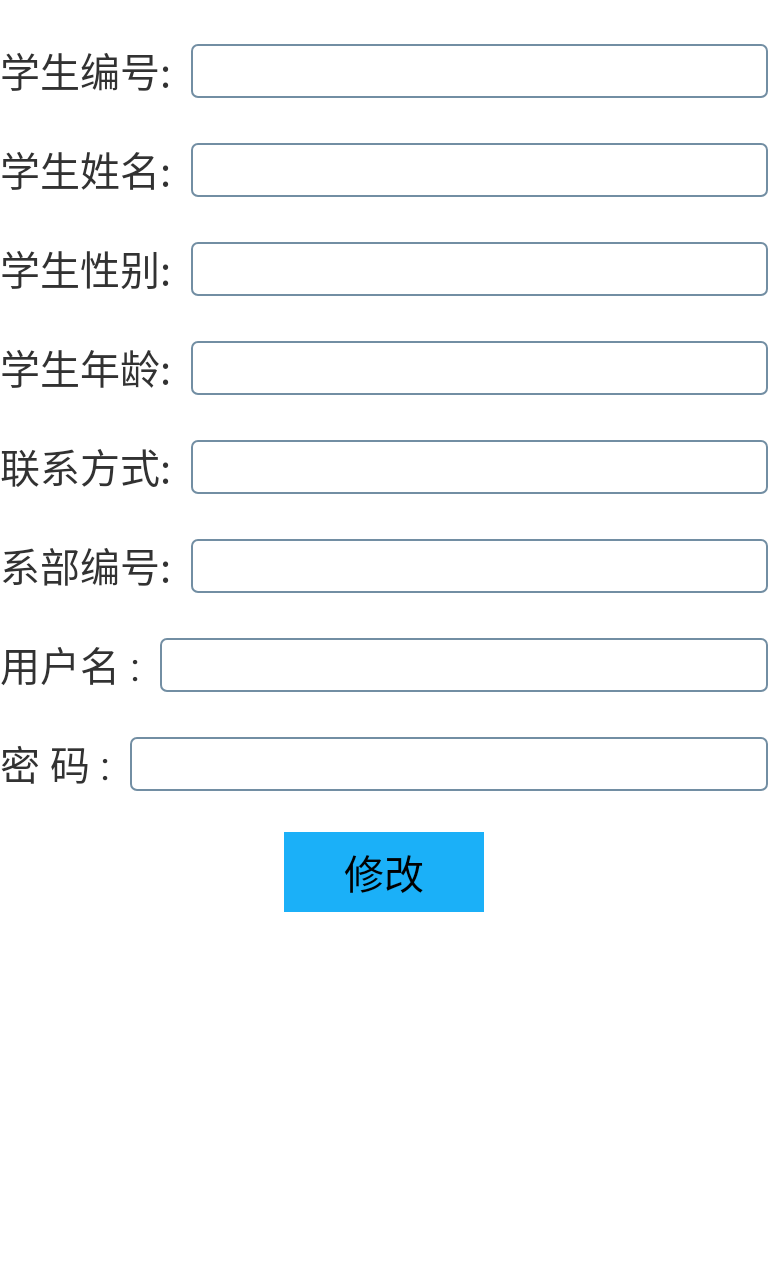
Repository: 15862175370/MyProject
Layout: 毕业设计系统源码_李伟/client/TeachSystem/res/layout/editstudent.xml
The author's editor kept a copy of each file at every save. The layout is drawn from the files as they stood at one save, then again after the next save.
It is drawn on a 768 x 1280 px phone screen (xhdpi) without system bars, with theme AppTheme; the app's code is not run.

Above is the layout before, as saved 2016-05-21 10:14:08.

After the next save:
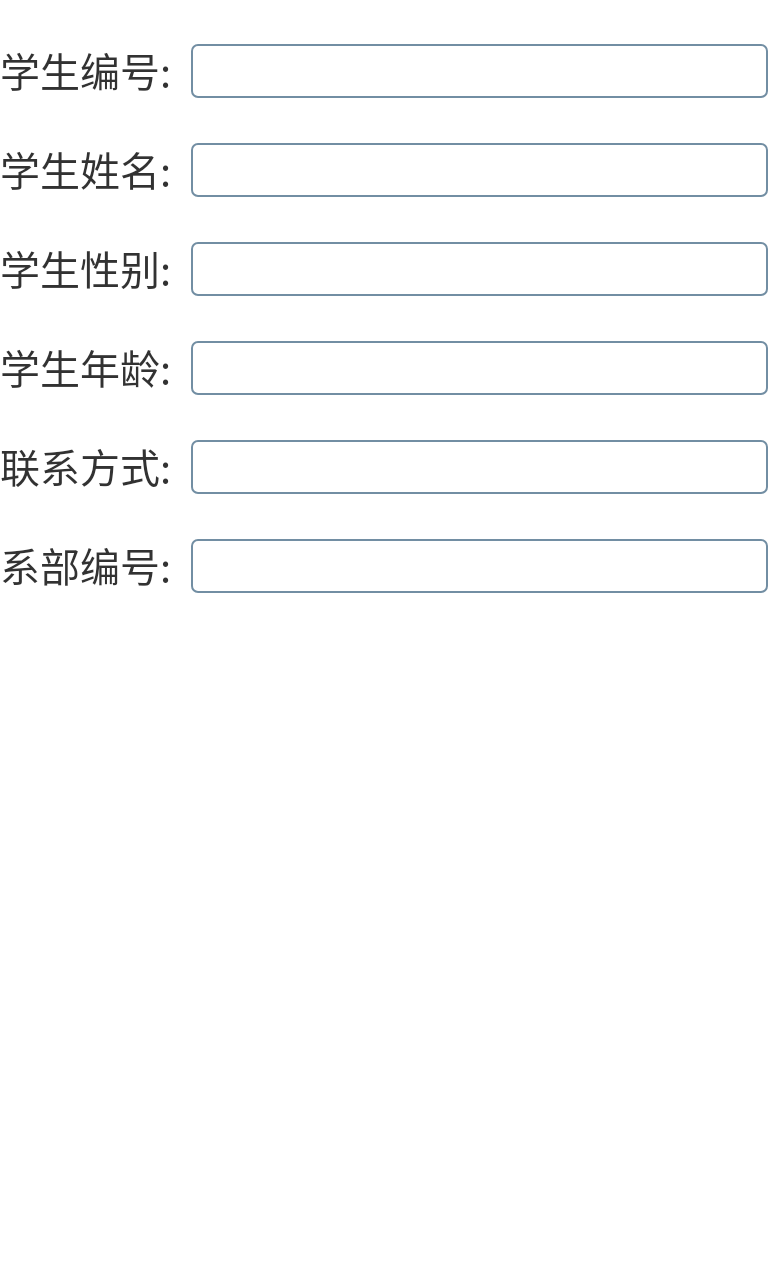
Saved 22 s later.
--- a/毕业设计系统源码_李伟/client/TeachSystem/res/layout/editstudent.xml
+++ b/毕业设计系统源码_李伟/client/TeachSystem/res/layout/editstudent.xml
@@ -156,57 +156,6 @@
     </LinearLayout>
 
 
-           <LinearLayout
-     android:id="@+id/teacher_linearlay"
-      android:layout_width="match_parent"
-        android:layout_height="wrap_content"
-        android:orientation="horizontal"
-        android:layout_marginTop="20dp"
-
-        >
-        <TextView
-         android:id="@+id/teacher_user"
-         android:layout_width="wrap_content"
-         android:layout_height="wrap_content"
-         android:textSize="20dp"
-         android:text="用户名 :"/>
-        <EditText
-              android:layout_marginLeft="10dp"
-            android:id="@+id/mystudent_user"
-         android:layout_width="match_parent"
-         android:layout_height="wrap_content"
-          android:textSize="20dp"
-         android:background="@drawable/biankuang"
-            />
-
-    </LinearLayout>
-
-
-
-
-        <LinearLayout
-     android:id="@+id/teacher_line"
-      android:layout_width="match_parent"
-        android:layout_height="wrap_content"
-        android:orientation="horizontal"
-        android:layout_marginTop="20dp"
-
-        >
-        <TextView
-         android:id="@+id/teacher_pass"
-         android:layout_width="wrap_content"
-         android:layout_height="wrap_content"
-         android:textSize="20dp"
-         android:text="密 码 :"/>
-        <EditText
-              android:layout_marginLeft="10dp"
-            android:id="@+id/mystudent_pass"
-         android:layout_width="match_parent"
-         android:layout_height="wrap_content"
-          android:textSize="20dp"
-         android:background="@drawable/biankuang"
-            />
-
     </LinearLayout>
 
 

After the save that followed:
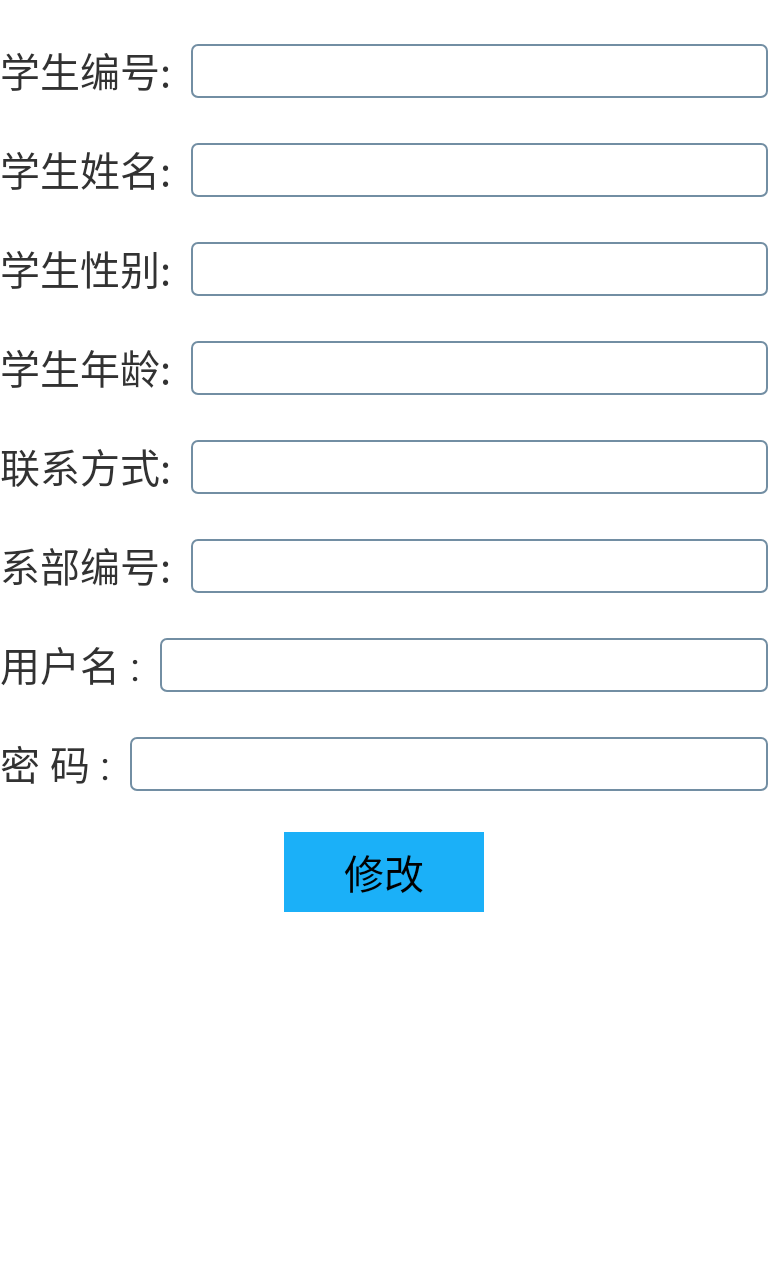
Saved 66 s later.
--- a/毕业设计系统源码_李伟/client/TeachSystem/res/layout/editstudent.xml
+++ b/毕业设计系统源码_李伟/client/TeachSystem/res/layout/editstudent.xml
@@ -155,6 +155,57 @@
 
     </LinearLayout>
 
+
+           <LinearLayout
+     android:id="@+id/teacher_linearlay"
+      android:layout_width="match_parent"
+        android:layout_height="wrap_content"
+        android:orientation="horizontal"
+        android:layout_marginTop="20dp"
+
+        >
+        <TextView
+         android:id="@+id/teacher_user"
+         android:layout_width="wrap_content"
+         android:layout_height="wrap_content"
+         android:textSize="20dp"
+         android:text="用户名 :"/>
+        <EditText
+              android:layout_marginLeft="10dp"
+            android:id="@+id/mystudent_user"
+         android:layout_width="match_parent"
+         android:layout_height="wrap_content"
+          android:textSize="20dp"
+         android:background="@drawable/biankuang"
+            />
+
+    </LinearLayout>
+
+
+
+
+        <LinearLayout
+     android:id="@+id/teacher_line"
+      android:layout_width="match_parent"
+        android:layout_height="wrap_content"
+        android:orientation="horizontal"
+        android:layout_marginTop="20dp"
+
+        >
+        <TextView
+         android:id="@+id/teacher_pass"
+         android:layout_width="wrap_content"
+         android:layout_height="wrap_content"
+         android:textSize="20dp"
+         android:text="密 码 :"/>
+        <EditText
+              android:layout_marginLeft="10dp"
+            android:id="@+id/mystudent_pass"
+         android:layout_width="match_parent"
+         android:layout_height="wrap_content"
+          android:textSize="20dp"
+         android:background="@drawable/biankuang"
+            />
 
     </LinearLayout>
 
